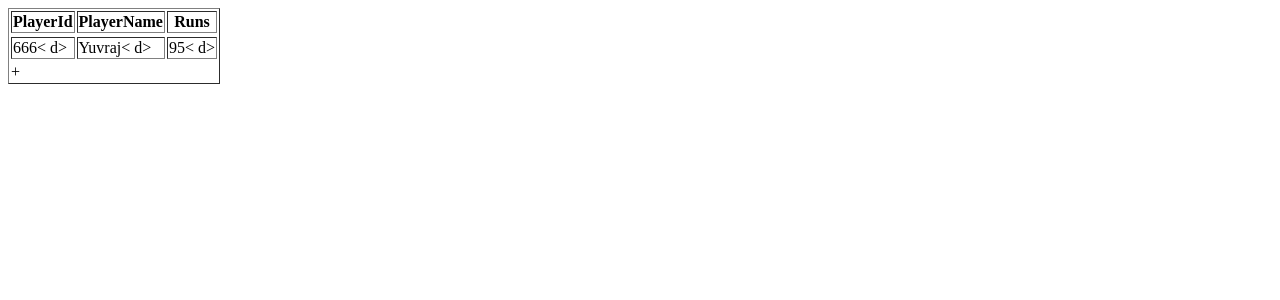
Repository: Gramastha/backup
Page: javascript/JavaScript-Assignment/Q9.html
These files come from the project's save history. The page is drawn as it stood at one moment and after the next save; the edit follows.
The browser window is 1280 px wide. The pictures show the whole page.

Above is the page before, as saved 2017-01-06 09:14:26.

### javascript/JavaScript-Assignment/Q9.html
<!doctype html>
<html lang="en">
<head>
	<meta charset="UTF-8" />
	<title>Q9</title>
	<script>
		var a=[{		id: 111,		name: "Sachin",		runs: 99		},
			{		id: 222,		name: "Rahul",		runs: 98		},
		{		id: 333,		name: "Saurav",		runs: 89		},
		{		id: 444,		name: "Mahindra",		runs: 94		},
		{		id: 555,		name: "Virat",		runs: 93		},
		{		id: 666,		name: "Yuvraj",		runs: 95		}];
 // a.forEach(function(v,i,arr){
 	// console.log("object-"+i)
 	// for(o in v){
 		// console.log(o+" : "+v[o])
 	// }
 // });
 window.onload= function(){
 	var str= "";
 	a.forEach(function(v,i,arr){
 		str= "<tr>";
 	//console.log("object-"+i)
 	for(o in v){
 		str+="<td>"+v[o]+"<\td>";
 	 	}
 	 	str+="<tr>"
 });
 	document.querySelector("#t1").innerHTML="<tr>+<th><b>PlayerId</b></th><th><b>PlayerName</b></th><th><b>Runs</b></th></tr><tr>"
 											+str
 											+"</tr>"
 };
	</script>
</head>
<body>
	<table border="1" id="t1">

	</table>
</body>
</html>

After the next save:
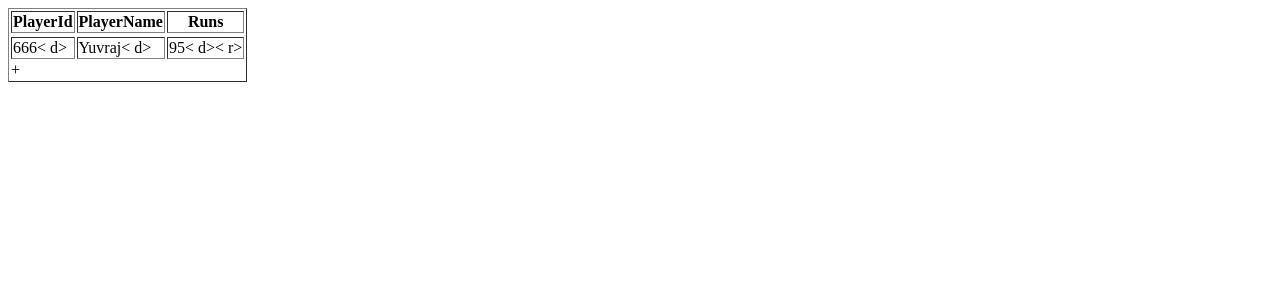
Saved 10 s later.
--- a/javascript/JavaScript-Assignment/Q9.html
+++ b/javascript/JavaScript-Assignment/Q9.html
@@ -24,7 +24,7 @@
  	for(o in v){
  		str+="<td>"+v[o]+"<\td>";
  	 	}
- 	 	str+="<tr>"
+ 	 	str+="<\tr>"
  });
  	document.querySelector("#t1").innerHTML="<tr>+<th><b>PlayerId</b></th><th><b>PlayerName</b></th><th><b>Runs</b></th></tr><tr>"
  											+str
